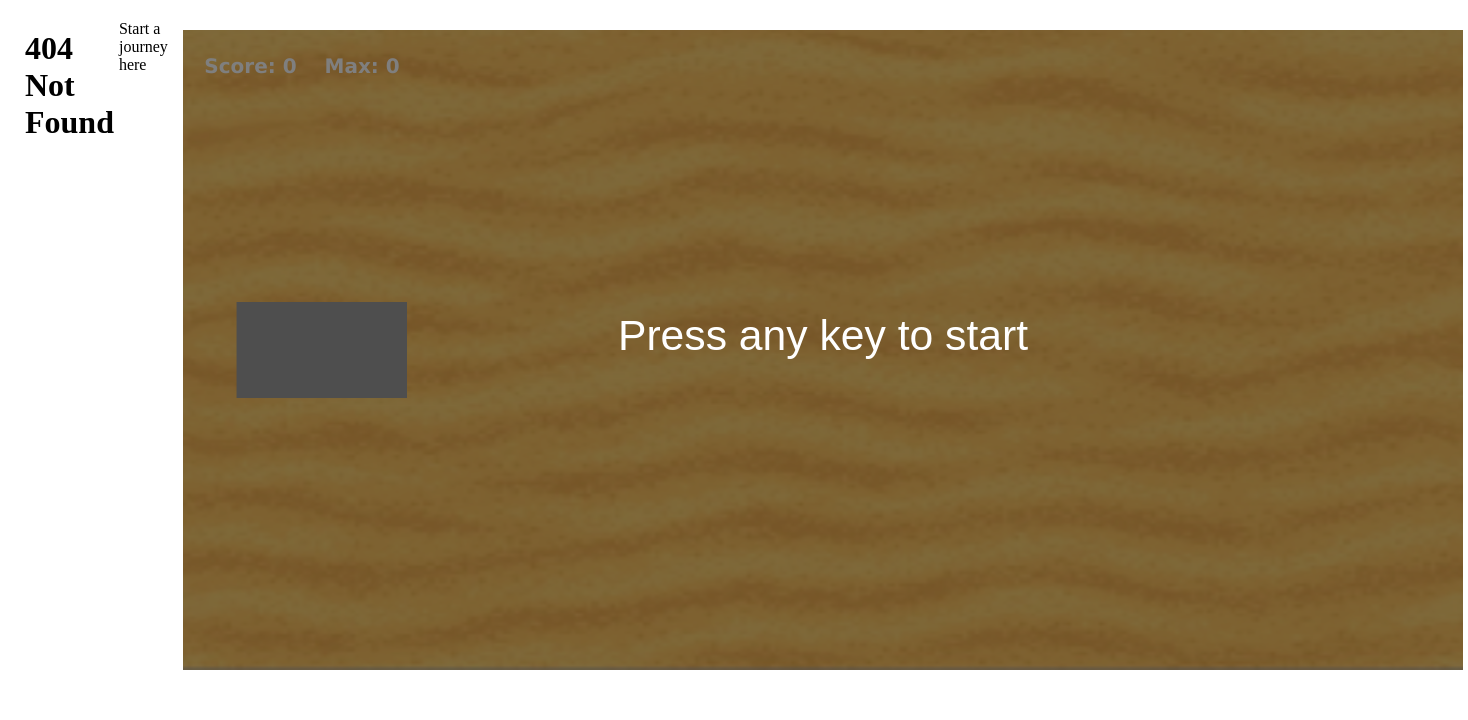
Repository: btgoo/game
Page: car.html
An editor plug-in stored every save of this project. The page is shown before and after the next save, followed by the edit.
The browser window is 1280 px wide. The page is 1468 px wide, then 1280 px, so the pictures cover 1468 px, including what lies to the right of the window. The pictures show the whole page.

Above is the page before, as saved 2025-10-26 02:49:50.

### car.html
<!DOCTYPE html>
<script src="carscript.js" defer type="module"></script>
<link rel="stylesheet" href="car_style.css">
<html lang="en">
<head>
    <meta charset="UTF-8">
    <meta http-equiv="X-UA-Compatible" content="IE=edge" />
    <meta name="viewport" content="width=device-width, initial-scale=1.0">
    <title>CarGo</title>
</head>
<body>
    <h1>404 Not Found</h1>
    Start a journey here
    <p id="demo"></p>
    <canvas id="game">
    </canvas>
</body>
 </html>

### carscript.js
const canvas = document.getElementById("game");
const ctx = canvas.getContext("2d");

const GAME_WIDTH = 1200;
const GAME_HEIGHT = 600;
const PLAYER_WIDTH = 160;
const PLAYER_HEIGHT = 90;
const CACTI_WIDTH = 78;
const CACTI_Height = 90;

const NUM_LANES = 5;

const obstacleData = [
    {src: "./assets/car_images/cactus_1.png", width:CACTI_WIDTH, height:CACTI_WIDTH},
    {src: "./assets/car_images/cactus_2.png", width:CACTI_WIDTH, height:CACTI_Height},
    {src: "./assets/car_images/cactus_3.png", width:CACTI_WIDTH, height:CACTI_Height},
    {src: "./assets/car_images/cactus_1.png", width:CACTI_WIDTH, height:CACTI_WIDTH},
    {src: "./assets/car_images/cactus_2.png", width:CACTI_WIDTH, height:CACTI_Height},
    {src: "./assets/car_images/cactus_3.png", width:CACTI_WIDTH, height:CACTI_Height},
    {src: "./assets/car_images/tumbleweed.png", width:CACTI_WIDTH, height:CACTI_WIDTH},
    {src: "./assets/car_images/red_car.png", width:PLAYER_WIDTH, height:PLAYER_HEIGHT},
    {src: "./assets/car_images/green_car.png", width:PLAYER_WIDTH, height:PLAYER_HEIGHT},
];

let obstacleImgs = [];
obstacleData.forEach(data => {
    const img = new Image();
    img.src = data.src;
    img.width = data.width;
    img.height = data.height;
    obstacleImgs.push(img);
});

const explosionImg = new Image();
explosionImg.src = "./assets/car_images/explosion_sprite.png";

let explosions = [];

let scaleRatio = null;
let backgroundX = 0;
let gameSpeed = 3;
let speedIncreaseRate = 0.0001;

let gameRunning = false;
let gameOver = false;

let score = 0;
let maxScore = 0;

let car = {
  x: GAME_WIDTH / 24,
  width: PLAYER_WIDTH,
  height: PLAYER_HEIGHT,
  lane: 2,
};

let obstacles = [];
let obstacleTimer = 0;
let obstacleInterval = 80;
let lanes = [];

function setupLanes() {
  const laneHeight = GAME_HEIGHT / NUM_LANES;
  lanes = [];
  for (let i = 0; i < NUM_LANES; i++) {
    lanes.push(laneHeight * i + (laneHeight - car.height) / 2);
  }
  car.y = lanes[car.lane];
}

function getScaleRatio() {
  const screenHeight = Math.min(window.innerHeight, document.documentElement.clientHeight);
  const screenWidth = Math.min(window.innerWidth, document.documentElement.clientWidth);

  if (screenWidth / screenHeight < GAME_WIDTH / GAME_HEIGHT) {
    return screenWidth / GAME_WIDTH;
  } else {
    return screenHeight / GAME_HEIGHT;
  }
}

function setScreen() {
  scaleRatio = getScaleRatio();
  canvas.width = GAME_WIDTH * scaleRatio;
  canvas.height = GAME_HEIGHT * scaleRatio;
  setupLanes();
}

setScreen();
window.addEventListener("resize", () => {
  setScreen();
  drawScene();
});

const backgroundImg = new Image();
backgroundImg.src = "./assets/car_images/background.png";

const carImg = new Image();
carImg.src = "./assets/car_images/blue_car.png";

backgroundImg.onload = requestAnimationFrame(gameLoop);
carImg.onload = () => requestAnimationFrame(gameLoop);

backgroundImg.onload = drawStartScreen;
carImg.onload = drawStartScreen;


function drawStartScreen() {
    drawScene();
    ctx.fillStyle = "rgba(0, 0, 0, 0.5)";
    ctx.fillRect(0, 0, canvas.width, canvas.height);

    ctx.fillStyle = "white";
    ctx.font = `${40 * scaleRatio}px Arial`;
    ctx.textAlign = "center";
    ctx.fillText("Press any key to start", canvas.width / 2, canvas.height / 2);
}

function drawScene() {
    ctx.clearRect(0, 0, canvas.width, canvas.height);

    const bgWidth = canvas.width;
    const bgHeight = canvas.height;
    let bgX = -backgroundX * scaleRatio;

    ctx.drawImage(backgroundImg, bgX, 0, bgWidth, bgHeight);
    ctx.drawImage(backgroundImg, bgX + bgWidth, 0, bgWidth, bgHeight);

    ctx.fillStyle = "white";
    ctx.font = `bold ${20}px Verdana`;
    ctx.textAlign = "left";
    ctx.fillText(`Score: ${score}    Max: ${maxScore}`, 20 * scaleRatio, 40 * scaleRatio);

    if (backgroundX * scaleRatio >= bgWidth) backgroundX = 0;

    obstacles.forEach((ob) => {
        ctx.drawImage(
        ob.img,
        ob.x * scaleRatio,
        ob.y * scaleRatio,
        ob.width * scaleRatio,
        ob.height * scaleRatio
        );
    });

    if (!gameOver) {
        ctx.drawImage(
            carImg,
            car.x * scaleRatio,
            car.y * scaleRatio,
            car.width * scaleRatio,
            car.height * scaleRatio
        );
    }
    explosions.forEach((ex, i) => {
        const frameWidth = explosionImg.width / ex.maxFrames;
        const frameHeight = explosionImg.height;

        ctx.drawImage(
            explosionImg,
            frameWidth * ex.frame,
            0,
            frameWidth,
            frameHeight,
            ex.x * scaleRatio,
            ex.y * scaleRatio,
            ex.width * scaleRatio,
            ex.height * scaleRatio
        );

        ex.tick++;
        if (ex.tick % ex.frameSpeed === 0) {
            ex.frame++;
        }
        if (ex.frame >= ex.maxFrames) {
            explosions.splice(i, 1);
        }
    });
    if (gameOver) {
        ctx.fillStyle = "rgba(0, 0, 0, 0.6)";
        ctx.fillRect(0, 0, canvas.width, canvas.height);
        ctx.fillStyle = "white";
        ctx.font = `${60 * scaleRatio}px Arial Black`;
        ctx.textAlign = "center";
        ctx.fillText("GAME OVER", canvas.width / 2, canvas.height / 2);
        ctx.font = `${30 * scaleRatio}px Arial`;
        ctx.fillText("Press any key to restart", canvas.width / 2, canvas.height / 2 + 60 * scaleRatio);
    }
}

function gameLoop() {
    if (gameRunning && !gameOver) {
        backgroundX += gameSpeed;

        obstacleTimer++;
        if (obstacleTimer > obstacleInterval) {
            spawnObstacle();
            obstacleTimer = 0;
            obstacleInterval = 100 + Math.random() * 10;
        }

        obstacles.forEach((ob) => {
            ob.x -= gameSpeed;

            if (!ob.counted && ob.x + ob.width < car.x) {
                score++;
                ob.counted = true;

                if (score > maxScore) {
                    maxScore = score;
                }
            }
        });

        obstacles = obstacles.filter((ob) => ob.x + ob.width > 0);

        checkCollisions();

        gameSpeed += speedIncreaseRate;

        drawScene();
    }
    requestAnimationFrame(gameLoop);
}
requestAnimationFrame(gameLoop);

function checkCollisions() {
    obstacles.forEach((ob, index) => {
      const carLeft = car.x;
      const carRight = car.x + car.width;
      const carTop = car.y;
      const carBottom = car.y + car.height;

      const obLeft = ob.x;
      const obRight = ob.x + ob.width-10;
      const obTop = ob.y;
      const obBottom = ob.y + ob.height;

      const horizontalOverlap = carLeft < obRight && carRight > obLeft;
      const verticalOverlap = carTop < obBottom && carBottom > obTop;

      if (horizontalOverlap && verticalOverlap) {
        spawnExplosion(car.x, car.y, car.width, car.height);
        setTimeout(setGameOver, 100);
      }
    });
}

function setGameOver(){
    gameRunning = false;
    gameOver = true
    drawScene();
}

function spawnObstacle() {
    const lane = Math.floor(Math.random() * NUM_LANES);
    const imgIndex = Math.floor(Math.random() * obstacleImgs.length);
    const chosenImg = obstacleImgs[imgIndex];

    const newObstacle = {
        x: GAME_WIDTH + 50,
        y: lanes[lane],
        width: chosenImg.width,
        height: chosenImg.height,
        lane: lane,
        img: chosenImg
    };
    obstacles.push(newObstacle);
}

function spawnExplosion(x, y, width, height) {
    explosions.push({
        x: x,
        y: y,
        width: width,
        height: height,
        frame: 0,
        maxFrames: 15,
        frameSpeed: 3,
        tick: 0
    });
}

window.addEventListener("keydown", (e) => {
    if (!gameRunning && !gameOver) {
      // start
      gameRunning = true;
        obstacles = [];
        explosions = [];
        backgroundX = 0;
        gameSpeed = 3;
        score = 0;
        drawScene();
    } else if (gameOver) {
      // restart
        gameOver = false;
        gameRunning = true;
        backgroundX = 0;
        obstacles = [];
        explosions = [];
        gameSpeed = 3;
        score = 0;
    } else {
      // move car if running
      if (e.key === "ArrowUp" && car.lane > 0) {
        car.lane--;
      } else if (e.key === "ArrowDown" && car.lane < NUM_LANES - 1) {
        car.lane++;
      }
      car.y = lanes[car.lane];
    }
});

### car_style.css
* {
    padding: 5px;
    padding-top: 10px;
    padding-bottom: 10px;
    margin: 0px;
}
body{
    padding-left: 15px;
    display:flex;
    /* flex-direction: column; */
    /* height: 100vh; */

    /* user-select: none;
    touch-action: none;
    -webkit-touch-callout: none;
    -webkit-user-select: none;
    -khtml-user-select: none;
    -moz-user-select: none;
    -ms-user-select: none;
    user-select: none;
    outline: none;
    -webkit-tap-highlight-color: rgba(255, 255, 255, 0); */
}

After the next save:
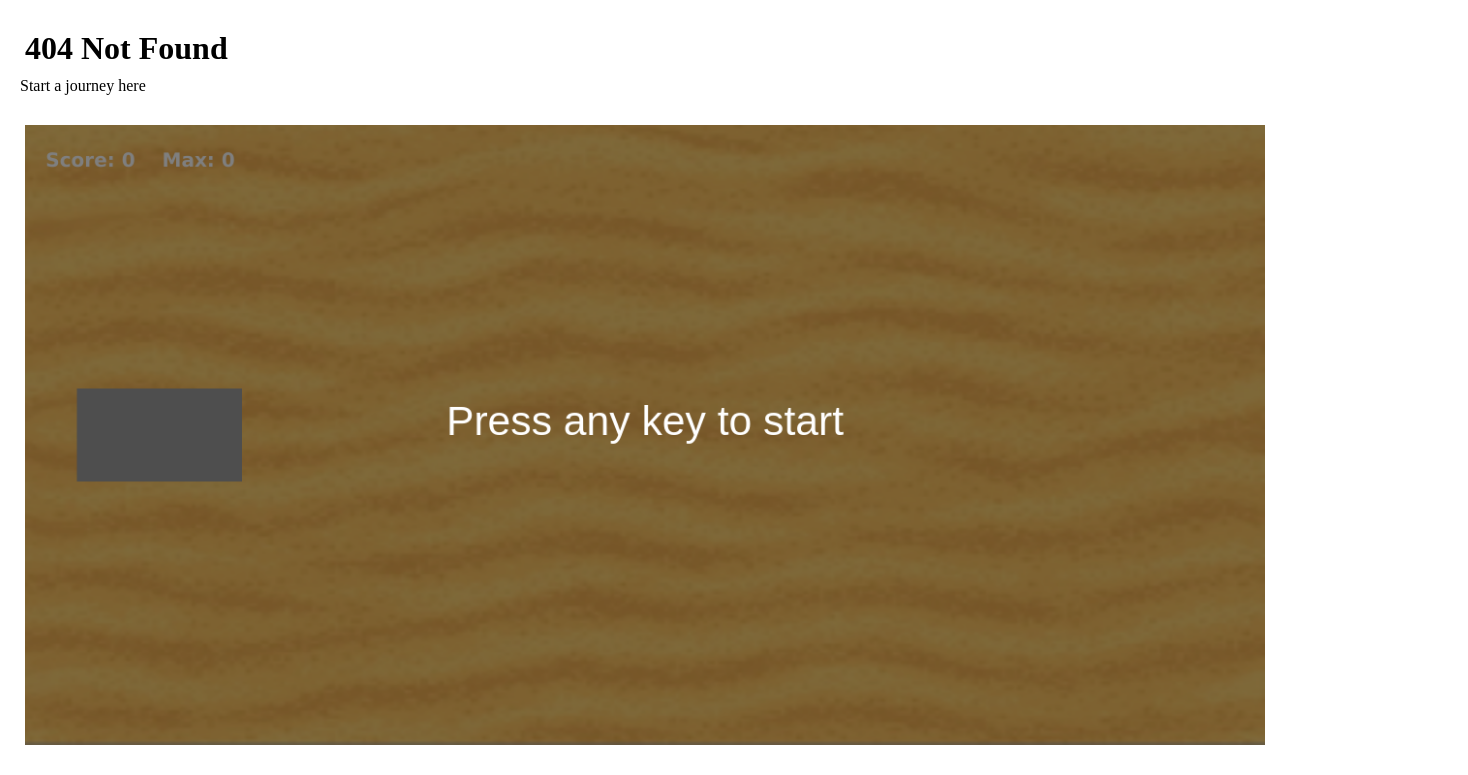
Saved 10 s later.
--- a/car_style.css
+++ b/car_style.css
@@ -7,7 +7,7 @@
 body{
     padding-left: 15px;
     display:flex;
-    /* flex-direction: column; */
+    flex-direction: column;
     /* height: 100vh; */
 
     /* user-select: none;
